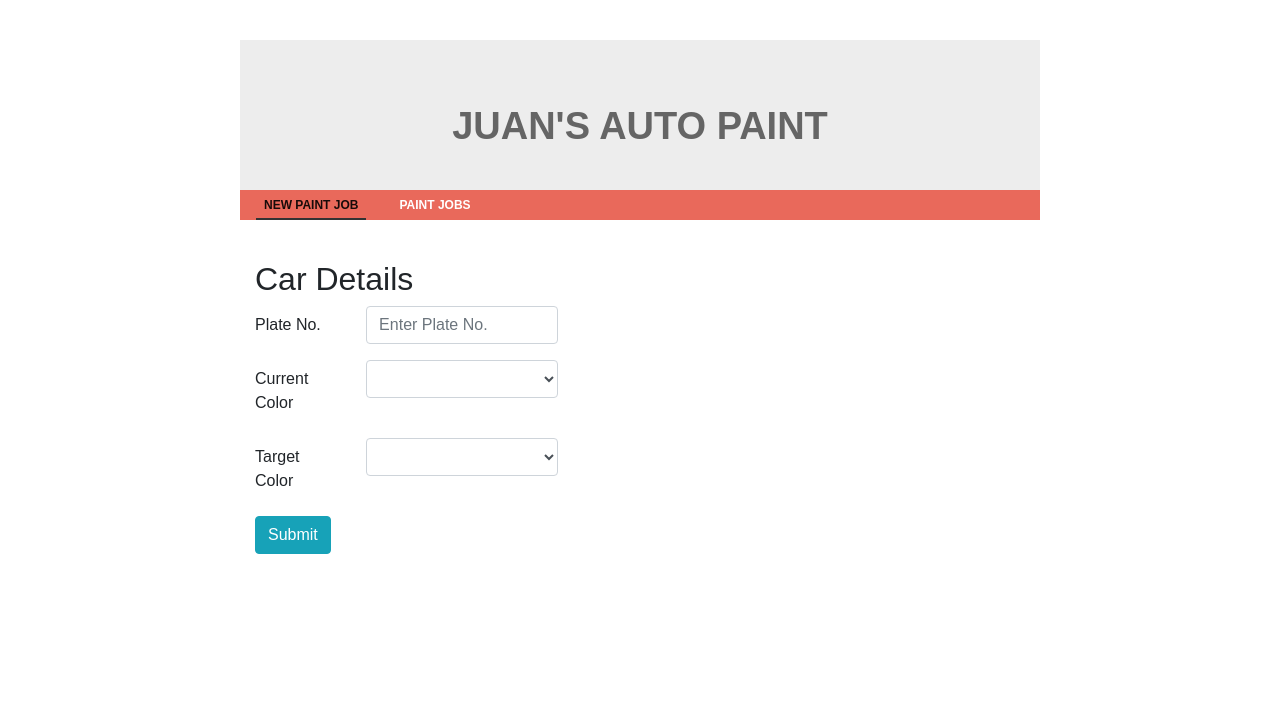
Repository: soycaringal/paint-job
Page: http://localhost/
The author's editor kept a copy of each file at every save. The page is drawn from the files as they stood at one save, then again after the next save.
The browser window is 1280 px wide. The pictures show the whole page.
The page is served by the project's Laravel application, run on PHP 8.4 with Laravel 8. Queries for data that is not in the repository find no rows.

Above is the page before, as saved 2020-02-23 17:29:47.

After the next save:
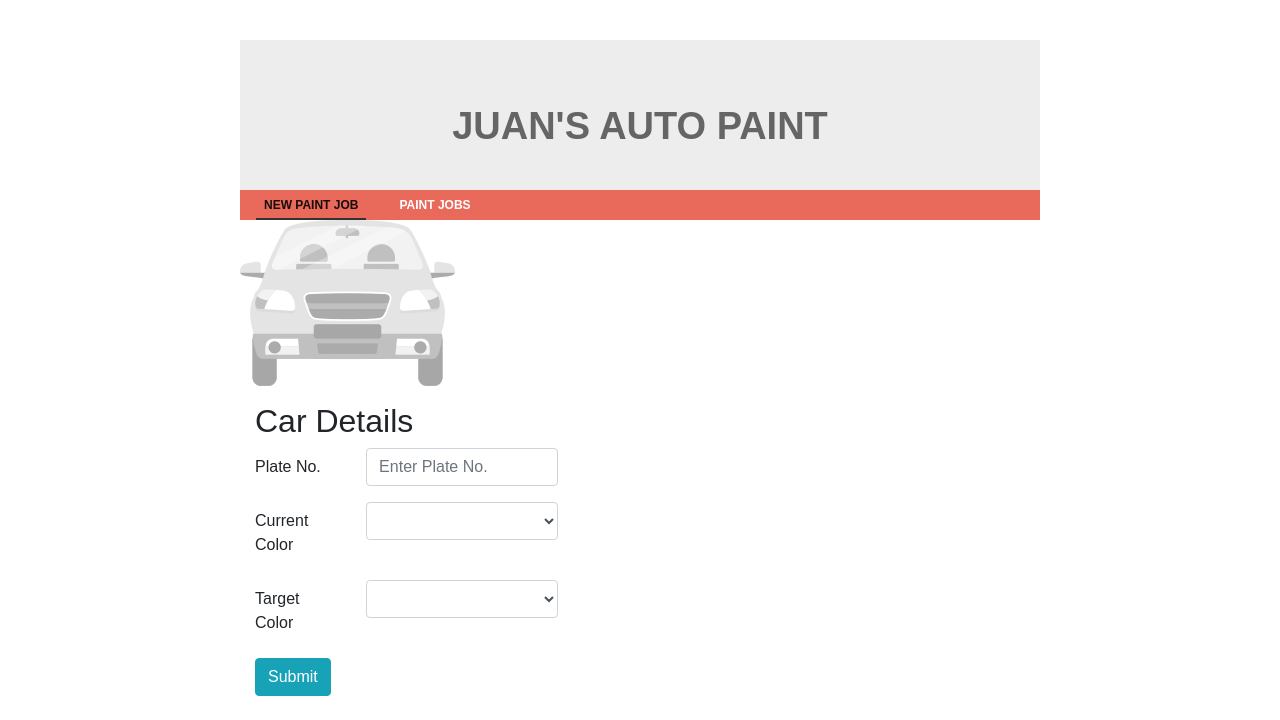
Saved 30 s later.
--- a/resources/views/home.blade.php
+++ b/resources/views/home.blade.php
@@ -4,7 +4,7 @@
 
 <section class="car-image-content">
     <figure>
-        <img src="" alt="">
+        <img src="/img/default.png" alt="">
     </figure>
 
 </section>
